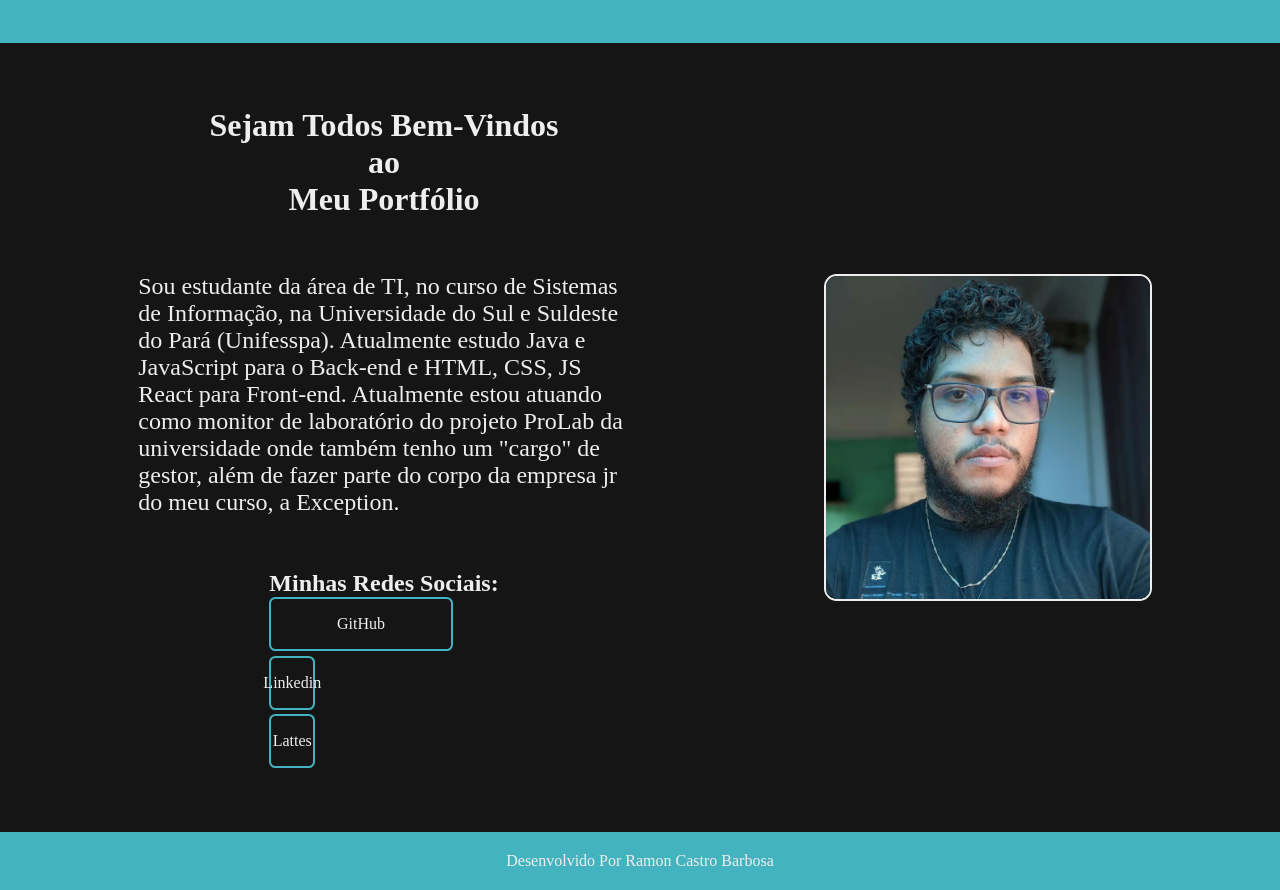
Repository: ramoncbarbosa/Web1_Atividade2
Page: index.html
These files come from the project's save history. The page is drawn as it stood at one moment and after a run of saves; the edit follows.
The browser window is 1280 px wide. The pictures show the whole page.

Above is the page before, as saved 2023-06-10 16:52:11.

### index.html
<!DOCTYPE html>
<html lang="en-US">
<head>
    <meta charset="UTF-8">
    <meta name="viewport" content="width=device-width, initial-scale=1.0">
    <link rel="stylesheet" href="./styles/styles.css">
    <title>Portfólio</title>
</head>
<body>
    <header class="cabecalho">
        <nav>
           <a href=""></a>
           <a href=""></a>
        </nav>
    </header>
    <section></section>
    <main class="principal">
        <section class="principal__principal">
            <h1 class="principal__titulo"><strong>Sejam Todos Bem-Vindos<br> ao<br> Meu Portfólio</strong></h1>
            <p class="principal__texto">
                Sou estudante da área de TI, no curso de Sistemas de Informação, na Universidade do Sul e Suldeste do Pará (Unifesspa). Atualmente estudo Java e JavaScript para o Back-end e HTML, CSS, JS React para Front-end.
                    Atualmente estou atuando como monitor de laboratório do projeto ProLab da universidade onde também tenho um "cargo" de gestor, além de fazer parte do corpo da empresa jr do meu curso, a Exception.
            </p>
            <div class="princiapl__links">
                <h2 class="secundario__titulo">Minhas Redes Sociais:</h2>
                <a target="_blank" id="github" href=""><img src="" alt="">GitHub</a>
                <a target="_blank" id="linkedin" href=""><img src="" alt="">Linkedin</a>
                <a target="_blank" id="lattes" href=""><img src="" alt="">Lattes</a>
            </div>
        </section>
            <img class="imagem" src="./img/perfil.jpg" alt="">
    </main>
    <footer class="rodape">
        <p class="rodape__rodape">Desenvolvido Por Ramon Castro Barbosa</p>
    </footer>
</body>
</html>

### styles/styles.css
*{
    padding: 0;
    margin: 0;
    box-sizing: border-box;
    text-decoration: none;
    gap: 0;
}

:root{
    --cor-um: #43b4bf;
    --cor-dois: #EEEEEE;
    --cor-tres: #151515;
}

body{
    width: 100%;
    height: 80vh;
    box-sizing: border-box;
    background-color: var(--cor-tres);
    color: var(--cor-dois);
}

.cabecalho{
    width: 100%;
    height: 6vh;
    padding: 2% 0 0 10%;
    gap: 5rem;
    display: flex;
    background-color: var(--cor-um);
}

.principal{
    justify-content: space-between;
    display: flex;
    align-items: center;
    padding: 5% 10%;

}

.principal__principal{
    width: 50%;
    display: flex;
    flex-direction: column;
    gap: 1.8rem;
    text-align: center;
    align-items: center;

}

.principal__titulo{
    text-align: center;
    justify-content: center;
    font-size: 32px;
}

.principal__texto{
    display: flex;
    flex-wrap: wrap;
    justify-content: space-around;
    padding: 5% 2%;
    font-size: 24px;
    text-align: left;
}

.principal__links{
    display: flex;
    flex-direction: column;
    justify-content: center;
    text-align: center;

}


#github{
    display: flex;
    align-items: center;
    justify-content: center;
    text-align: center;
    border: 2px solid var(--cor-um);
    border-radius: 0.4rem;
    width: 80%;
    text-decoration: none;
    padding: 1rem 0;
    margin-bottom: 2%;
    color: var(--cor-dois);
}

#linkedin{
    display: flex;
    align-items: center;
    justify-content: center;
    text-align: center;
    border: 2px solid var(--cor-um);
    border-radius: 0.4rem;
    width: 20%;
    text-decoration: none;
    padding: 1rem 0;
    margin-bottom: 2%;
    color: var(--cor-dois);
}

#lattes{
    display: flex;
    align-items: center;
    justify-content: center;
    text-align: center;
    border: 2px solid var(--cor-um);
    border-radius: 0.4rem;
    width: 20%;
    text-decoration: none;
    padding: 1rem 0;
    color: var(--cor-dois);
}

.imagem{
    width: 32%;
    display: flex;
    justify-content: center;
    border-radius: 0.8rem;
    border: 2px solid var(--cor-dois);
}

.rodape{
    width: 100%;
    height: 8vh;
    display: flex;
    align-items: center;
    flex-wrap: wrap;
    justify-content: space-around;

    background-color: var(--cor-um);
}

.rodape__rodape{
    text-align: center;
    padding: 1.5%;
}

After the next 2 saves:
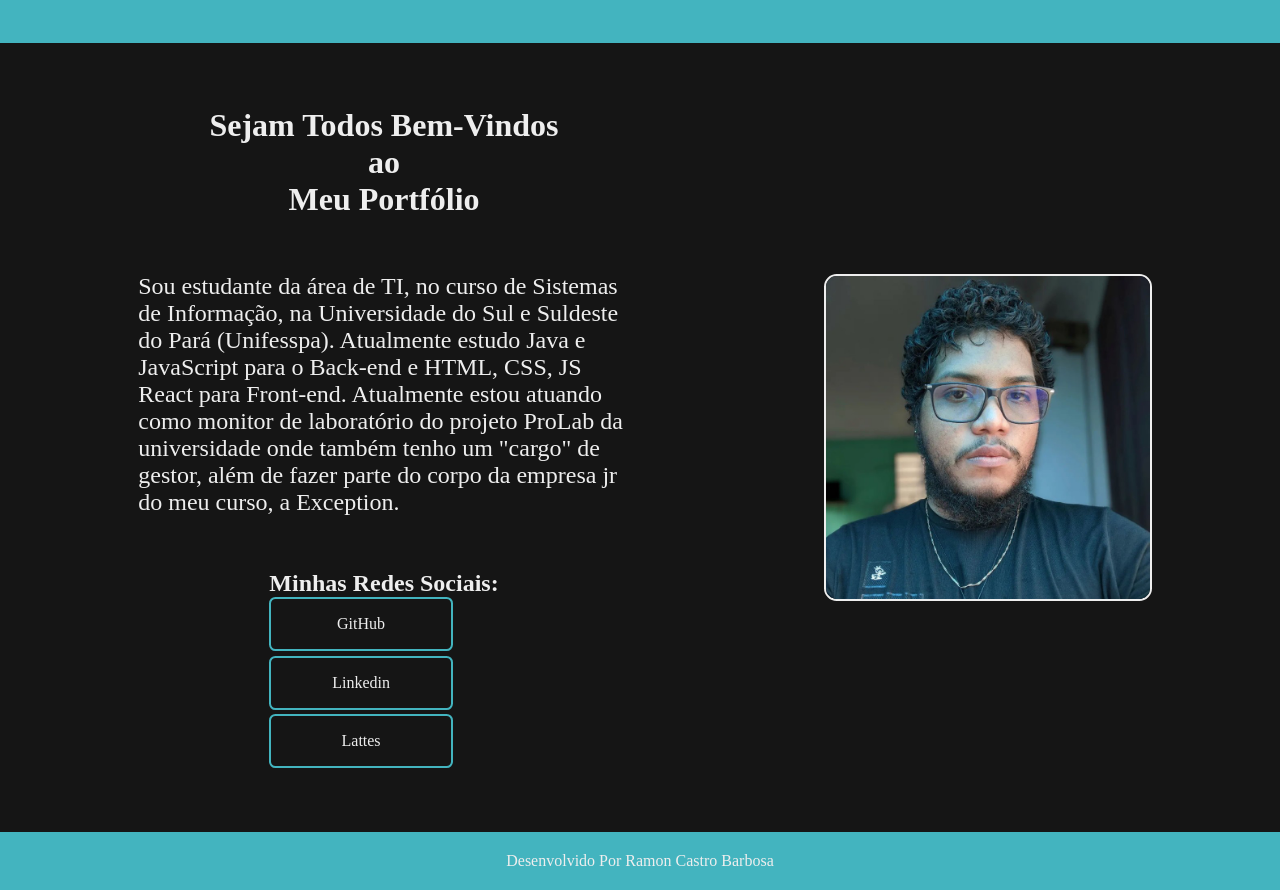
The 2 saves are shown as one change because they came seconds apart.
The last was saved 11 s later.
--- a/styles/styles.css
+++ b/styles/styles.css
@@ -92,7 +92,7 @@ body{
     text-align: center;
     border: 2px solid var(--cor-um);
     border-radius: 0.4rem;
-    width: 20%;
+    width: 80%;
     text-decoration: none;
     padding: 1rem 0;
     margin-bottom: 2%;
@@ -106,7 +106,7 @@ body{
     text-align: center;
     border: 2px solid var(--cor-um);
     border-radius: 0.4rem;
-    width: 20%;
+    width: 80%;
     text-decoration: none;
     padding: 1rem 0;
     color: var(--cor-dois);
